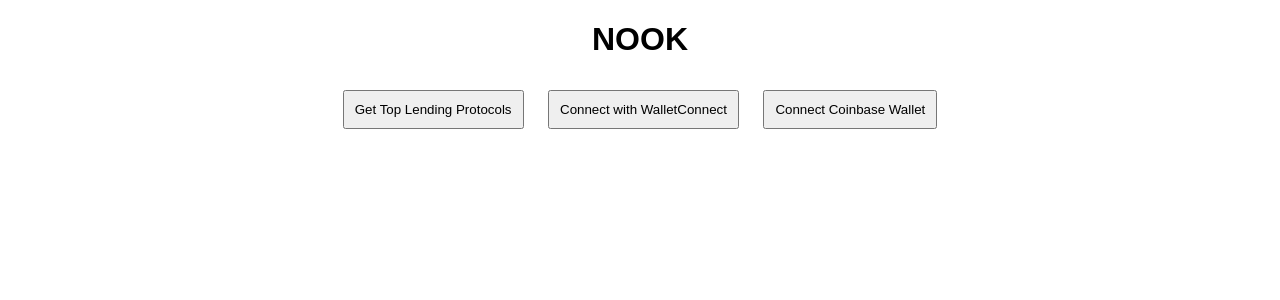
Repository: JoeIsaacson/_nook
Page: core.html
These files come from the project's save history. The page is drawn as it stood at one moment and after the next save; the edit follows.
The browser window is 1280 px wide. The pictures show the whole page.

Above is the page before, as saved 2024-09-07 16:21:39.

### core.html
<!DOCTYPE html>
<html lang="en">
<head>
    <meta charset="UTF-8">
    <meta name="viewport" content="width=device-width, initial-scale=1.0">
    <title>JOEYS APP</title>
    <style>
        body { font-family: Arial, sans-serif; text-align: center; }
        #protocols { margin-top: 20px; font-size: 18px; text-align: left; max-width: 600px; margin-left: auto; margin-right: auto; }
        .protocol { margin-bottom: 10px; }
        button { margin: 10px; padding: 10px; }
    </style>
    <script src="https://cdn.jsdelivr.net/npm/@walletconnect/web3-provider@1.7.1/dist/umd/index.min.js"></script>
    <script src="https://cdn.jsdelivr.net/npm/web3@1.5.2/dist/web3.min.js"></script>
    <script src="https://unpkg.com/@coinbase/wallet-sdk@3.6.3/dist/index.min.js"></script>
</head>
<body>
    <h1>NOOK</h1>
    <button onclick="getTopLendingProtocols()">Get Top Lending Protocols</button>
    <button onclick="connectWallet()">Connect with WalletConnect</button>
    <button onclick="connectCoinbaseWallet()">Connect Coinbase Wallet</button>
    <div id="wallet-info"></div>
    <div id="protocols"></div>

    <script>
        const url = 'https://api.llama.fi/protocols';
        let web3;
        let provider;
        let coinbaseWallet;

        async function getENSName(address) {
            try {
                const ensName = await web3.eth.ens.getName(address);
                return ensName || null;
            } catch (error) {
                console.error('Error getting ENS name:', error);
                return null;
            }
        }

        async function getEthPrice() {
            try {
                const response = await fetch('https://api.coingecko.com/api/v3/simple/price?ids=ethereum&vs_currencies=usd');
                const data = await response.json();
                return data.ethereum.usd;
            } catch (error) {
                console.error('Error fetching ETH price:', error);
                return null;
            }
        }

        async function getWalletBalance(address) {
            try {
                const balance = await web3.eth.getBalance(address);
                const balanceInEth = web3.utils.fromWei(balance, 'ether');
                const ethPrice = await getEthPrice();
                const balanceInUsd = ethPrice ? (parseFloat(balanceInEth) * ethPrice).toFixed(2) : null;
                return {
                    eth: parseFloat(balanceInEth).toFixed(4),
                    usd: balanceInUsd
                };
            } catch (error) {
                console.error('Error getting wallet balance:', error);
                return null;
            }
        }

        async function updateWalletInfo(account) {
            const ensName = await getENSName(account);
            const balance = await getWalletBalance(account);
            const displayName = ensName || account;
            let infoHtml = `Connected: ${displayName}`;
            if (balance) {
                infoHtml += `<br>Balance: ${balance.eth} ETH`;
                if (balance.usd) {
                    infoHtml += ` (≈ $${balance.usd} USD)`;
                }
            }
            document.getElementById('wallet-info').innerHTML = infoHtml;
            if (ensName) {
                console.log('ENS Name:', ensName);
            }
            if (balance) {
                console.log('Balance:', balance.eth, 'ETH');
                if (balance.usd) {
                    console.log('Balance in USD:', balance.usd, 'USD');
                }
            }
        }

        function getTopLendingProtocols() {
            fetch(url)
                .then(response => response.json())
                .then(data => {
                    // Filter for lending protocols
                    const lendingProtocols = data.filter(protocol => protocol.category === 'Lending');
                    // Sort lending protocols by TVL in descending order
                    const sortedProtocols = lendingProtocols.sort((a, b) => b.tvl - a.tvl);
                    const top3 = sortedProtocols.slice(0, 3);

                    let html = '';
                    top3.forEach((protocol, index) => {
                        html += `<div class="protocol">
                            <strong>${index + 1}. ${protocol.name}</strong><br>
                            TVL: $${protocol.tvl.toLocaleString()}<br>
                            Chain: ${protocol.chain}
                        </div>`;
                    });

                    document.getElementById('protocols').innerHTML = html;
                })
                .catch(error => {
                    console.error('Error:', error);
                    document.getElementById('protocols').innerHTML = 'Error fetching protocol data';
                });
        }

        async function connectWallet() {
            provider = new WalletConnectProvider.default({
                infuraId: "6b5b19c61d1341ed91e2e9cf43dd8280"
            });

            try {
                await provider.enable();
                web3 = new Web3(provider);
                const accounts = await web3.eth.getAccounts();
                const account = accounts[0];
                await updateWalletInfo(account);
                console.log('Connected:', account);
            } catch (error) {
                console.error('Failed to connect wallet:', error);
                document.getElementById('wallet-info').innerHTML = 'Failed to connect wallet';
            }
        }

        async function connectCoinbaseWallet() {
            const CoinbaseWalletSDK = window.CoinbaseWalletSDK;
            coinbaseWallet = new CoinbaseWalletSDK({
                appName: "Top 3 DeFi Lending Protocols",
                appLogoUrl: "https://example.com/logo.png", // Replace with your app's logo if desired
                darkMode: false
            });

            const ethereum = coinbaseWallet.makeWeb3Provider("https://mainnet.infura.io/v3/6b5b19c61d1341ed91e2e9cf43dd8280", 1);

            try {
                const accounts = await ethereum.request({ method: 'eth_requestAccounts' });
                web3 = new Web3(ethereum);
                const account = accounts[0];
                await updateWalletInfo(account);
                console.log('Connected to Coinbase Wallet:', account);
            } catch (error) {
                console.error('Failed to connect Coinbase Wallet:', error);
                document.getElementById('wallet-info').innerHTML = 'Failed to connect Coinbase Wallet';
            }
        }

        // Handle account changes
        if (provider) {
            provider.on("accountsChanged", async (accounts) => {
                await updateWalletInfo(accounts[0]);
            });

            // Handle chain changes
            provider.on("chainChanged", (chainId) => {
                console.log('Chain changed:', chainId);
                // You might want to reload the page or update some UI here
            });

            // Handle disconnection
            provider.on("disconnect", (code, reason) => {
                console.log('Disconnected:', code, reason);
                document.getElementById('wallet-info').innerHTML = 'Wallet disconnected';
            });
        }
    </script>
</body>
</html>

After the next save:
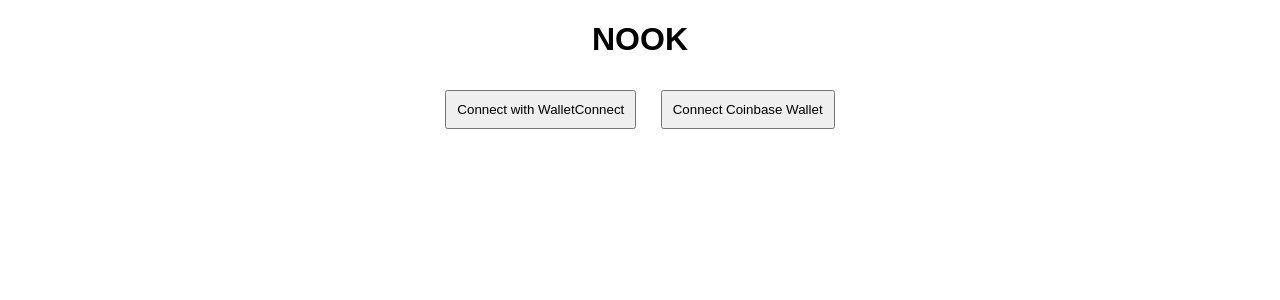
Saved 88 min 19 s later.
--- a/core.html
+++ b/core.html
@@ -6,8 +6,6 @@
     <title>JOEYS APP</title>
     <style>
         body { font-family: Arial, sans-serif; text-align: center; }
-        #protocols { margin-top: 20px; font-size: 18px; text-align: left; max-width: 600px; margin-left: auto; margin-right: auto; }
-        .protocol { margin-bottom: 10px; }
         button { margin: 10px; padding: 10px; }
     </style>
     <script src="https://cdn.jsdelivr.net/npm/@walletconnect/web3-provider@1.7.1/dist/umd/index.min.js"></script>
@@ -16,11 +14,9 @@
 </head>
 <body>
     <h1>NOOK</h1>
-    <button onclick="getTopLendingProtocols()">Get Top Lending Protocols</button>
     <button onclick="connectWallet()">Connect with WalletConnect</button>
     <button onclick="connectCoinbaseWallet()">Connect Coinbase Wallet</button>
     <div id="wallet-info"></div>
-    <div id="protocols"></div>
 
     <script>
         const url = 'https://api.llama.fi/protocols';
@@ -88,33 +84,6 @@
             }
         }
 
-        function getTopLendingProtocols() {
-            fetch(url)
-                .then(response => response.json())
-                .then(data => {
-                    // Filter for lending protocols
-                    const lendingProtocols = data.filter(protocol => protocol.category === 'Lending');
-                    // Sort lending protocols by TVL in descending order
-                    const sortedProtocols = lendingProtocols.sort((a, b) => b.tvl - a.tvl);
-                    const top3 = sortedProtocols.slice(0, 3);
-
-                    let html = '';
-                    top3.forEach((protocol, index) => {
-                        html += `<div class="protocol">
-                            <strong>${index + 1}. ${protocol.name}</strong><br>
-                            TVL: $${protocol.tvl.toLocaleString()}<br>
-                            Chain: ${protocol.chain}
-                        </div>`;
-                    });
-
-                    document.getElementById('protocols').innerHTML = html;
-                })
-                .catch(error => {
-                    console.error('Error:', error);
-                    document.getElementById('protocols').innerHTML = 'Error fetching protocol data';
-                });
-        }
-
         async function connectWallet() {
             provider = new WalletConnectProvider.default({
                 infuraId: "6b5b19c61d1341ed91e2e9cf43dd8280"
